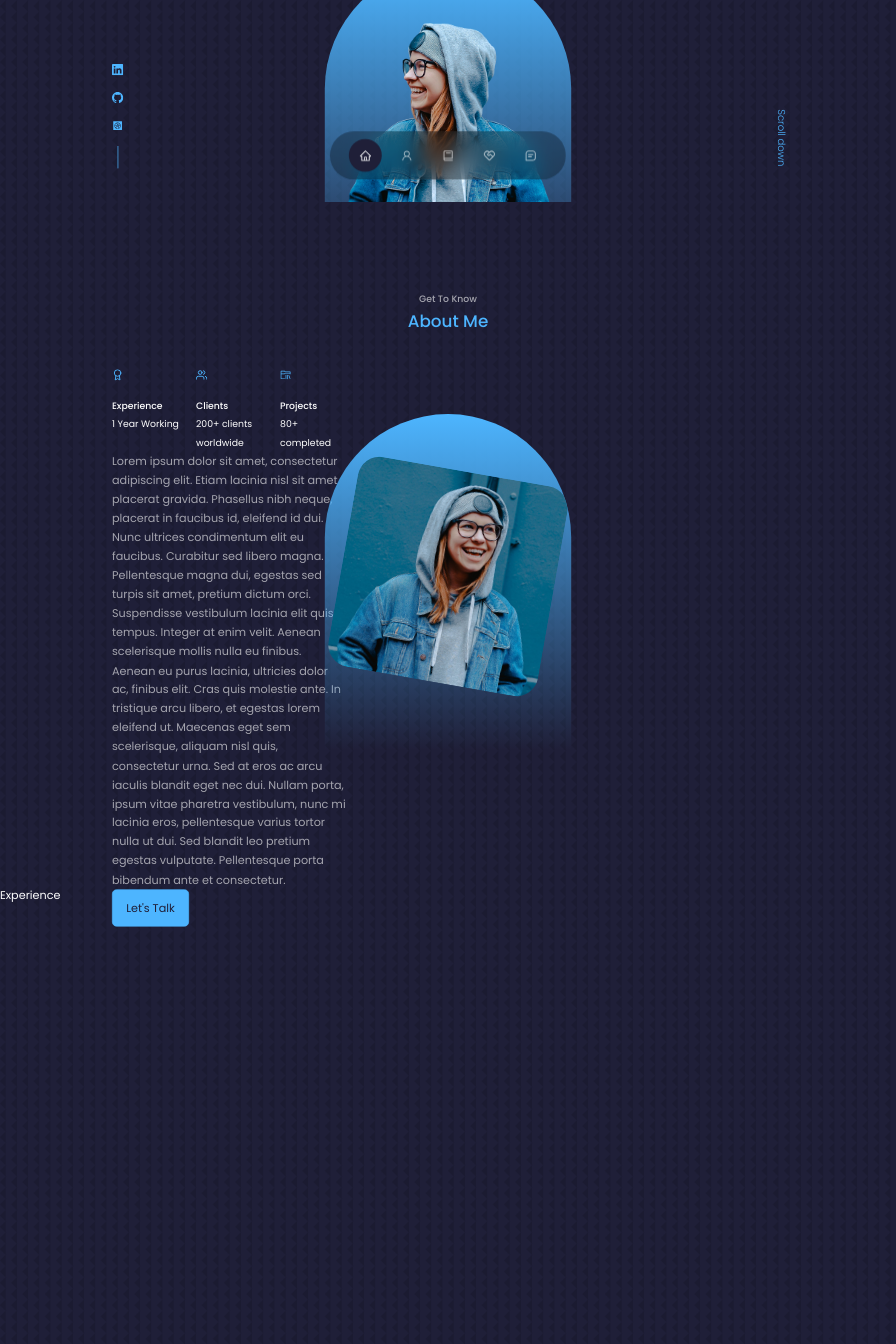
Repository: smallchungus/resumeWebsite
Page: / (app in hello/)
The author's editor kept a copy of each file at every save. The page is drawn from the files as they stood at one save, then again after the next save.
The browser window is 1280 px wide. The pictures show the part of the page from y = 431 to 2351 px (the page is 5835 px tall), at 70% of full size.
The project was rebuilt for these pictures with package versions that can differ from the ones it lists, and the page was loaded fresh each time. Also part of the build but not shown: hello/src/components/experience/experience.css, hello/src/components/portfolio/portfolio.css, hello/src/components/contact/contact.css, hello/src/components/footer/footer.css. Imported but missing from the stored project, and not drawn on this page: hello/src/assets/cv.pdf.

Above is the page before, as saved 2023-03-23 18:27:51.

### hello/public/index.html
<!DOCTYPE html>
<html lang="en">

<head>
    <meta charset="UTF-8">
    <meta http-equiv="X-UA-Compatible" content="IE=edge">
    <meta name="viewport" content="width-device-width, initial-scale=1.0">
    <title>Resume Portfolio Website</title>
</head>
<body>
    <div id="root"></div>
</body>
</html>

### hello/src/App.jsx
import React from 'react'
import Header from './components/header/Header'
import Nav from './components/nav/Nav'
import About from './components/about/About'
import Experience from './components/experience/Experience'
import Services from './components/services/Services'
import Portfolio from './components/portfolio/Portfolio'
import Testimonial from './components/testimonial/Testimonial'
import Contact from './components/contact/Contact'
import Footer from './components/footer/Footer'

const App = () => {
  return (
    <>
    <Header />
    <Nav />
    <About />
    <Experience />
    <Services />
    <Portfolio />
    <Testimonial />
    <Contact />
    <Footer />
    </>
  )
}

export default App

### hello/src/index.css
@import url('https://fonts.googleapis.com/css2?family=Poppins:wght@300;400;500;600&display=swap');

*{
    margin: 0;
    padding: 0;
    border :0;
    outline: 0;
    box-sizing: border-box;
    list-style: none;
    text-decoration: none;

}

:root {
    --color-bg: #1f1f38;
    --color-bg-variant: #2c2c6c;
    --color-primary: #4db5ff;
    --color-primary-variant: rgba(77, 181, 255, 0.4);
    --color-white: #fff;
    --color-light: rgba(255,255,255,0.6);

    --transition: all 400ms ease;

    --container-width-lg: 75%;
    --container-width-md: 86%;
    --container-width-sm: 90%;

}

html{
    scroll-behavior: smooth;
}

body{
    font-family: 'Poppins', sans-serif;
    background: var(--color-bg);
    color: var(--color-white);
    line-height: 1.7;
    background-image: url(../src/assets/bg-texture.png)
}

/* ======================= General Styles =================*/

.container{
    width: var(--container-width-lg);
    margin: 0 auto;
}

h1,h2,h3,h4,h5{
    font-weight: 500;
}

h1{
    font-size:2.5rem;

}

section {
    margin-top: 8rem;
    height: 100vh;
}

section > h2, section > h5 {
    text-align: center;
    color: var(--color-light);
}

section > h2 {
    color: var(--color-primary);
    margin-bottom: 3rem;
}

.text-light{
    color:var(--color-light);
}

a{
    color: var(--color-primary);
    transition: var(--transition);
}

a:hover{
    color: var(--color-white);
}

.btn{
    width: max-content;
    display: inline-block;
    color: var(--color-primary);
    padding: 0.75rem 1.2rem;
    border-radius: 0.4rem;
    cursor: pointer;
    border: 1px solid var(--color-primary);
    transition: var( --transition );
}

.btn:hover{
    background: var(--color-white);
    color: var(--color-bg);
    border-color: transparent;
}

.btn-primary{
    background: var(--color-primary);
    color: var(--color-bg);
}

img{
    display: block;
    width: 100%;
    object-fit: cover;
}


/*==================Media Queries (Medium Devices ) ============= */
@media screen and (max-width: 1024px) {
    .container{
        width: var(--container-width-md);
    }

    section{
        margin-top: 6rem;
    }
}

/*==================Media Queries (Small Devices ) ============= */
@media screen and (max-width: 600px) {
    .container{
        width: var(--container-width-sm);
    }

    section > h2{
        margin-top: 2rem;
    }
}

### hello/src/components/header/Header.jsx
import React from 'react'
import './header.css'
import CTA from './CTA'
import ME from '../../assets/me.png'
import HeaderSocials from './HeaderSocials'
const Header = () => {
  return (
    <header>
      <div className="container header_container">
        <h5>Hello I'm</h5>
        <h1>William Chen</h1>
        <h5 className='text-light'>Fullstack Developer</h5>
        <CTA />
        <HeaderSocials/>

        <div className="me">
          <img src={ME} alt="me" />
        </div>

        <a href='#contact' className='scroll_down'>Scroll down</a>
      </div>
    </header>
  )
}

export default Header

### hello/src/components/nav/Nav.jsx
import React from 'react'
import './nav.css'
import {AiOutlineHome} from 'react-icons/ai'
import {AiOutlineUser}  from 'react-icons/ai'
import {BiBook} from 'react-icons/bi'
import {RiServiceLine} from 'react-icons/ri'
import {BiMessageSquareDetail} from 'react-icons/bi'
import {useState} from 'react'

const Nav = () => {
  const[activeNav, setActiveNav] = useState('#');
  return (
    <nav>
      <a href="#" onClick={() => setActiveNav('#')} className={activeNav === '#' ? 'active' : ''}><AiOutlineHome/></a>
      <a href="#about" onClick={() => setActiveNav('#about')} className={activeNav === '#about' ? 'active' : ''}><AiOutlineUser/></a>
      <a href="#experience" onClick={() => setActiveNav('#experience')} className={activeNav === '#experience' ? 'active' : ''}><BiBook/></a>
      <a href="#services" onClick={() => setActiveNav('#services')} className={activeNav === '#services' ? 'active' : ''}><RiServiceLine/></a>
      <a href="#contact" onClick={() => setActiveNav('#contact')} className={activeNav === '#contact' ? 'active' : ''}><BiMessageSquareDetail/></a>
    </nav>
  )
}

export default Nav

### hello/src/components/about/About.jsx
import React from 'react'
import './about.css'
import ME from '../../assets/me-about.jpg'
import {FiAward} from 'react-icons/fi'
import {FiUsers} from 'react-icons/fi'
import {VscFolderLibrary} from 'react-icons/vsc'

const About = () => {
  return (
    <section id='about'>
      <h5>Get To Know </h5>
      <h2>About Me</h2>

      <div className="container about_container">
        <div className="about me" >
          <div className="about_me-image">
          <img src={ME} alt="About Image" />
          </div>
        </div>

        <div className="about_content">
          <div className="about_cards">
            <article classNane="about_card">
              <FiAward className='about_icon'/>
              <h5>Experience</h5>
              <small>1 Year Working</small>
            </article>
            <article classNane="about_card">
              <FiUsers className='about_icon'/>
              <h5>Clients</h5>
              <small>200+ clients worldwide</small>
            </article>
            <article classNane="about_card">
              <VscFolderLibrary className='about_icon'/>
              <h5>Projects</h5>
              <small>80+ completed</small>
            </article>
          </div>
          <p>
          Lorem ipsum dolor sit amet, consectetur adipiscing elit. Etiam lacinia nisl sit amet placerat gravida. Phasellus nibh neque, placerat in faucibus
          id, eleifend id dui. Nunc ultrices condimentum elit eu faucibus. Curabitur sed libero magna. Pellentesque magna dui, egestas sed turpis
          sit amet, pretium dictum orci. Suspendisse vestibulum lacinia elit quis tempus. Integer at enim velit. Aenean scelerisque mollis nulla eu finibus. Aenean eu purus lacinia, ultricies dolor ac, finibus elit.
          Cras quis molestie ante. In tristique arcu libero, et egestas lorem eleifend ut. Maecenas eget sem scelerisque, aliquam nisl quis, consectetur urna. Sed at eros ac arcu iaculis blandit eget nec dui. Nullam porta,
          ipsum vitae pharetra vestibulum, nunc mi lacinia eros, pellentesque varius tortor nulla ut dui. Sed blandit leo pretium egestas vulputate. Pellentesque porta bibendum ante et consectetur.
          </p>
          <a href="#contact" className='btn btn-primary'>Let's Talk</a>

        </div>
      </div>
    </section>
  )
}

export default About

### hello/src/components/experience/Experience.jsx
import React from 'react'
import './experience.css'
const Experience = () => {
  return (
    <section id='experience'>Experience</section>
  )
}

export default Experience

### hello/src/components/portfolio/Portfolio.jsx
import React from 'react'
import './portfolio.css'


const Portfolio = () => {
  return (
    < section id='portfolio'>Portfolio</section>
  )
}

export default Portfolio

### hello/src/components/testimonial/Testimonial.jsx
import React from 'react'
import './testimonial.css'
const Testimonial = () => {
  return (
    <section id='testimonials'>Testimonial</section>
  )
}

export default Testimonial

### hello/src/components/contact/Contact.jsx
import React from 'react'
import './contact.css'
const Contact = () => {
  return (
    <section id='contact'>Contact</section>
  )
}

export default Contact

### hello/src/components/header/header.css
header {
    height: 100vh;
    padding-top: 7rem;
    overflow: hidden;
}

.header_container{
    text-align: center;
    height: 100%;
    position: relative;
}

/*========================= CTA ======================= */
.cta {
    margin-top: 2.5rem;
    display: flex;
    gap: 1.2rem;
    justify-content: center;

}

/* ======================= Header Socials ==================== */
.header_socials {
    display: flex;
    flex-direction: column;
    align-items: center;
    gap: 0.8rem;
    position: absolute;
    left: 0;
    bottom: 3rem;

}

.header_socials::after{
    content: '';
    width: 1px;
    height: 2rem;
    background: var(--color-primary);
}

/* ===================== ME ==================*/

.me{
    background: linear-gradient(var(--color-primary), transparent);
    width: 22rem;
    height: 30rem;
    position: absolute;
    left: calc(50% - 11rem);
    margin-top: 4rem;
    border-radius: 12rem 12rem 0 0;
    overflow: hidden;
    padding: 5rem 1.5rem 1.5rem 1.5rem;

}

.scroll_down {
    position: absolute;
    right: -2.3rem;
    bottom: 5rem;
    transform: rotate(90deg);
    font-weight: 300;
    font-size: 0.9rem;
}

@media screen and (max-width: 600px) {
    header {
        height: 100vh;
    }
}

@media screen and (max-width: 600px)
{
    header {
        height: 100vh;
    }

    .header_socials, .scroll_down{
        display: none;
    }
}

### hello/src/components/header/CTA.jsx
import React from 'react'
import CV from '../../assets/cv.pdf'
const CTA = () => {
  return (
    <div className ='cta'>
        <a href={CV} download className='btn'>Download CV</a>
        <a href="#contact" className='btn btn-primary'>Let's Talk</a>
    </div>
  )
}

export default CTA

### hello/src/components/header/HeaderSocials.jsx
import React from 'react'
import {BsLinkedin} from 'react-icons/bs'
import {BsGithub} from 'react-icons/bs'
import {AiFillDribbbleSquare} from 'react-icons/ai'
const HeaderSocials = () => {
  return (
    <div className='header_socials'>
        <a href="https://linkedin.com/willchenn" target="_blank"><BsLinkedin></BsLinkedin></a>
        <a href="https://github.com/smallchungus" target="_blank"><BsGithub></BsGithub></a>
        <a href="https://dribble.com/" target="_blank"><AiFillDribbbleSquare></AiFillDribbbleSquare></a>
        </div>
  )
}

export default HeaderSocials

### hello/src/components/nav/nav.css
nav {
    background: rgba(0, 0, 0, 0.3);
    width: max-content;
    display: block;
    padding: 0.7rem 1.7rem;
    z-index: 2;
    position: fixed;
    left: 50%;
    transform: translateX(-50%);
    bottom: 2rem;
    display: flex;
    gap: 0.8rem;
    border-radius: 3rem;
    backdrop-filter: blur(15px);
}

nav a{
    background: transparent;
    padding: 0.9rem;
    border-radius: 50%;
    display: flex;
    color: var(--color-light);
    font-size: 1.1rem;
}

nav a:hover{
    background: rgba(0,0,0,0.3);
}

nav a.active {
    background: var(--color-bg);
    color: var(--color-white);
}

### hello/src/components/about/about.css
.about_container {
    display: grid;
    grid-template-columns: 35% 50%;
    gap: 15%;
}

.about_me {
    width: 100%;
    aspect-ratio: 1/1;
    border-radius: 2rem;
    background: linear-gradient(
        45deg,
        transparent,
        var(--color-primary),
        transparent
    );
    display: grid;
    place-items: center;
}

.about_me-image{
    border-radius: 2rem;
    overflow: hidden;
    transform: rotate(10deg);
    transition: var(--transition);

}

.about_me-image:hover{
    transform: rotate(0);
}

.about_cards{
    display: grid;
    grid-template-columns: repeat(3, 1fr);
    gap: 1.5rem;
}

.about_card {
    background: var(--color-bg-variant);
    border: 1px solid transparent;
    border-radius: 1rem;
    padding: 2rem;
    text-align: center;
    transition: var(--transition);
}

.about_card:hover {
    background: transparent;
    border-color: var(--color-primary-variant);
    cursor: default;
}

.about_icon {
    color: var(--color-primary);
    font-size: 1.4 rem;
    margin-bottom: 1rem;
}

.about_card h5 {
    font-size: 0.95rem;
}

.about_card small {
    font-size: 0.7 rem;
    color: var(--color-light);
}

.about_content p {
    margin: 2rem 0 2.6 rem;
    color: var(--color-light);
}

@media screen and (max-width: 1024px) {
    .about_container {
        grid-template-columns: 1fr;
        gap: 0;
    }

    .about_me {
        width: 50%;
        margin: 2rem auto 4rem;
    }

    .about_content p{
        margin: 1rem 0 1.5rem;
    }
}

@media screen and (max-width: 600px )
{
    .about_me{
        width: 65%;
        margin: 0 auto 3rem;
    }
    .about_cards {
        grid-template-columns: 1fr 1fr;
        gap: 1rem;
    }
    .about_content {
        text-align: center;
    }
    .about_content p {
        margin: 1.5rem 0;
    }
}

Loaded but not shown: hello/src/index.js (common file); hello/src/components/services/Services.jsx (common file); hello/src/components/footer/Footer.jsx (common file); hello/src/components/services/services.css (no stored copy; drawn as an empty file); hello/src/components/testimonial/testimonial.css (no stored copy; drawn as an empty file)

After the next save:
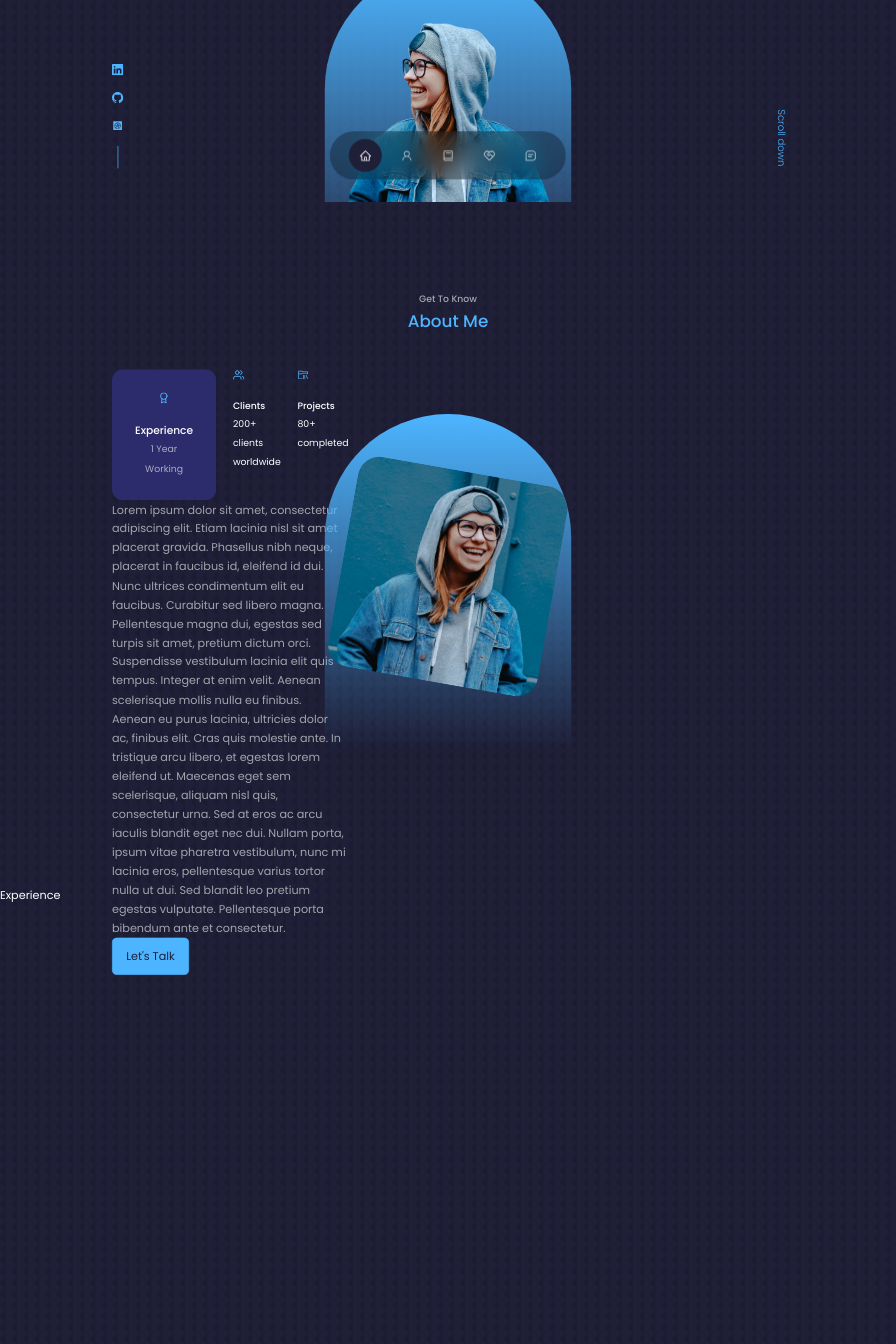
Saved 63 s later.
--- a/hello/src/components/about/About.jsx
+++ b/hello/src/components/about/About.jsx
@@ -20,7 +20,7 @@ const About = () => {
 
         <div className="about_content">
           <div className="about_cards">
-            <article classNane="about_card">
+            <article className="about_card">
               <FiAward className='about_icon'/>
               <h5>Experience</h5>
               <small>1 Year Working</small>
